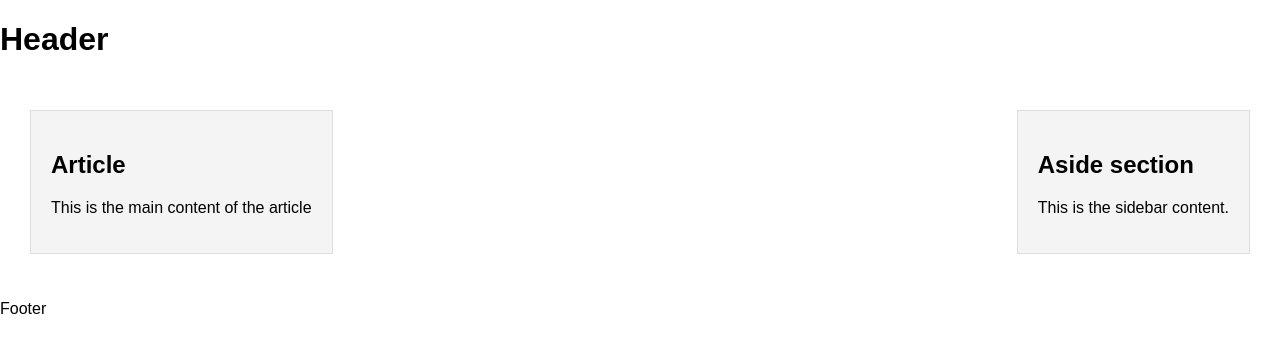
Repository: RishabhModi2899/Repo_Marlabs
Page: index.html
The author's editor kept a copy of each file at every save. The page is drawn from the files as they stood at one save, then again after a run of saves.
The browser window is 1280 px wide. The pictures show the whole page.

Above is the page before, as saved 2024-07-31 11:32:10.

### index.html
<!DOCTYPE html>
<html lang="en">
    <meta charset="UTF-8">
    <meta name="viewport" content="width=device-width", initial-scale="1.0">
    <title>Responsive flex design</title>
    <link rel="stylesheet" href="styles.css">
</html>
<body>
    <header>
        <h1>Header</h1>
    </header>
    <div class="container">
        <article>
            <h2>
                Article
            </h2>
            <p>
                This is the main content of the article
            </p>
        </article>
        <aside>
            <h2>Aside section</h2>
            <p>This is the sidebar content.</p>
        </aside>
    </div>
    <footer>
        <p>
            Footer
        </p>
    </footer>
</body>

### styles.css
body {
    font-family: Arial, Helvetica, sans-serif;
    margin: 0;
    padding: 0;
    box-sizing: border-box;
}

.container {
    display: flex;
    flex-wrap: wrap;
    justify-content: space-between;
    padding: 20px;
}

article, aside {
    background-color: #f4f4f4;
    margin: 10px;
    padding: 20px;
    border: 1px solid #ddd;
}

After the next 2 saves:
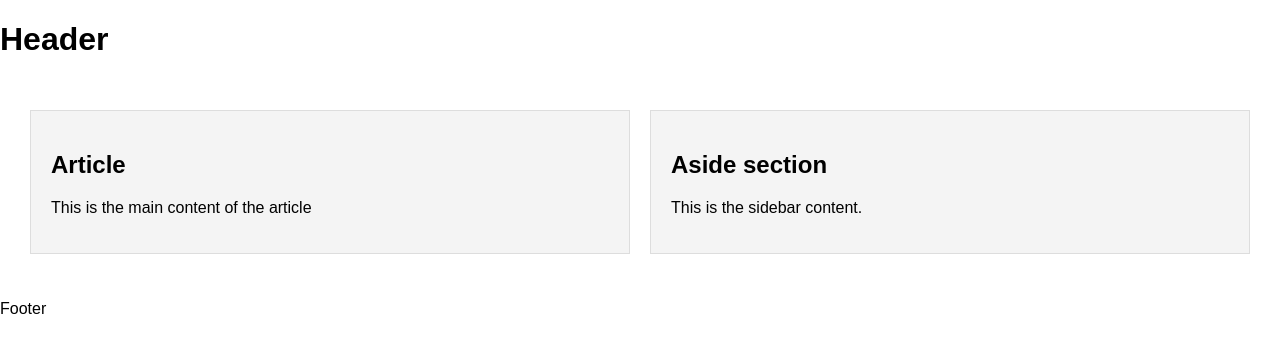
The 2 saves are shown as one change because they came seconds apart.
The last was saved 6 s later.
--- a/styles.css
+++ b/styles.css
@@ -17,4 +17,5 @@ article, aside {
     margin: 10px;
     padding: 20px;
     border: 1px solid #ddd;
+    flex: 1;
 }
